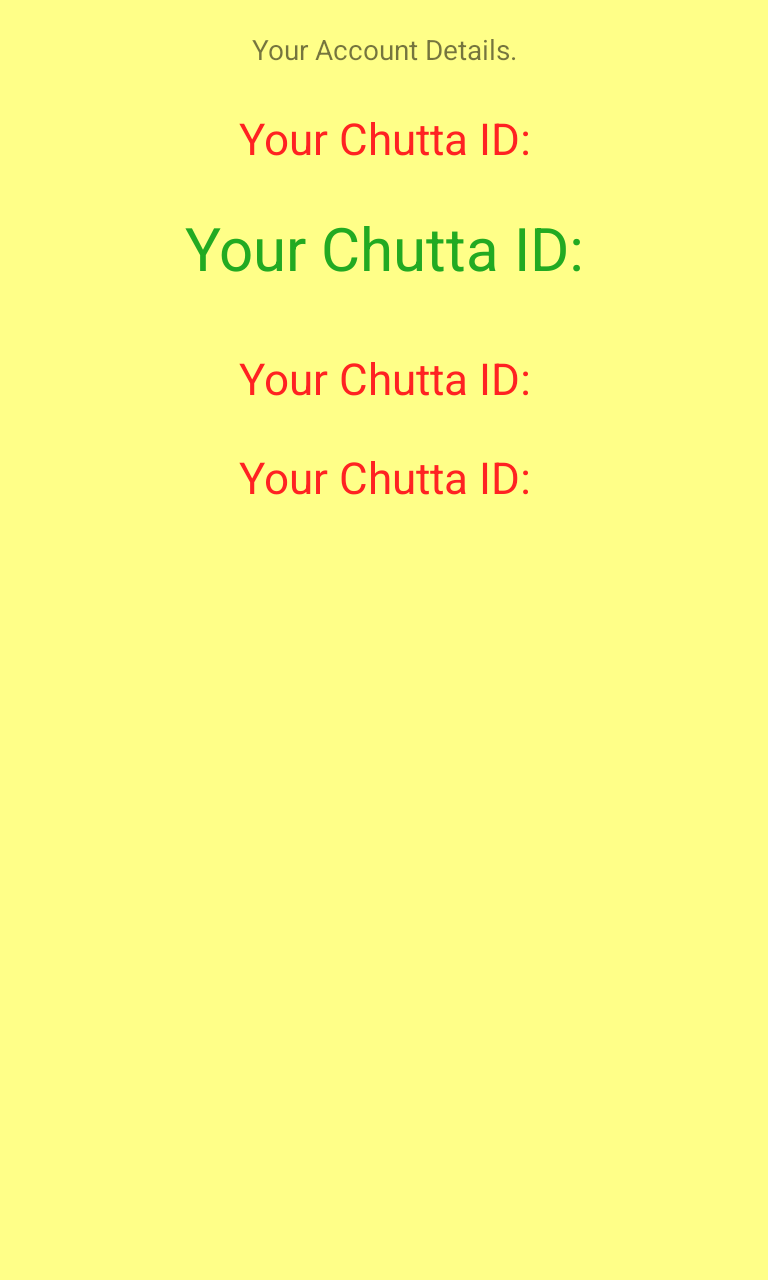
Repository: pankajksharma/chutta-pay
Layout: ChuttaPay/res/layout/activity_account.xml
An editor plug-in stored every save of this project. The layout is shown before and after the next save, followed by the edit.
It is drawn on a 768 x 1280 px phone screen (xhdpi) without system bars, with theme AppTheme; the app's code is not run.

Above is the layout before, as saved 2014-04-26 16:26:54.

After the next save:
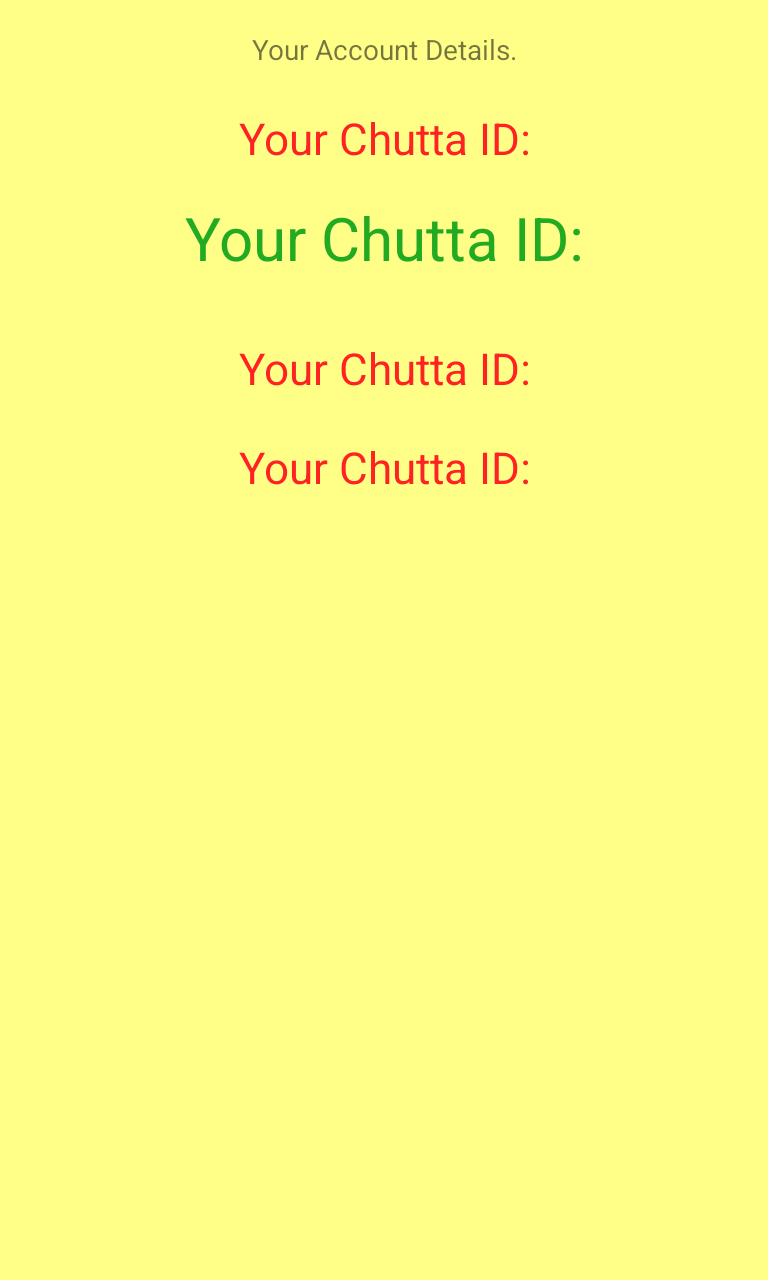
Saved 18 s later.
--- a/ChuttaPay/res/layout/activity_account.xml
+++ b/ChuttaPay/res/layout/activity_account.xml
@@ -25,7 +25,7 @@
             android:layout_width="match_parent"
             android:layout_height="wrap_content"
             android:gravity="center_horizontal"
-            android:layout_marginBottom="20dp"
+            android:layout_marginBottom="15dp"
             android:textColor="#ff2222"
             android:textSize="22dp"
             android:text="Your Chutta ID:" />
